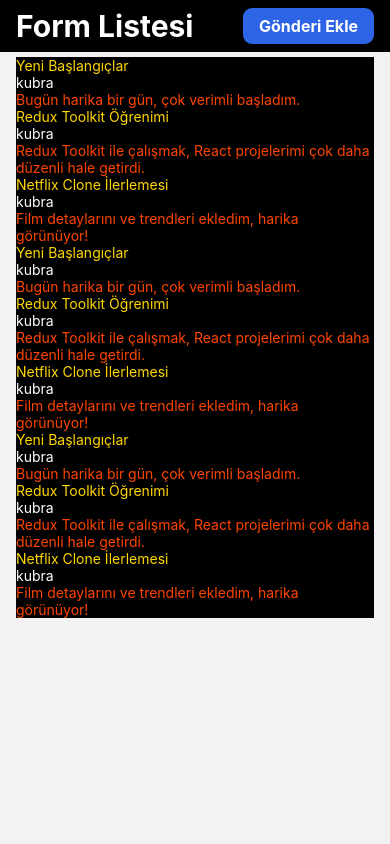
Repository: Kubraaygun/FirebaseRN
Screen: /
These files come from the project's save history. The screen is drawn as it stood at one moment and after the next save; the edit follows.
The app was drawn by React Native's web renderer in a window 390 px wide. The project was rebuilt for these pictures with package versions that can differ from the ones it lists, and the page was loaded fresh each time. Requests to the local data server were answered from the project's data file. Also part of the build but not shown: src/screens/AddPost/AddPostView.jsx, src/screens/AddPost/AddPostController.jsx.

Above is the screen before, as saved 2025-01-20 20:33:44.

After the next save:
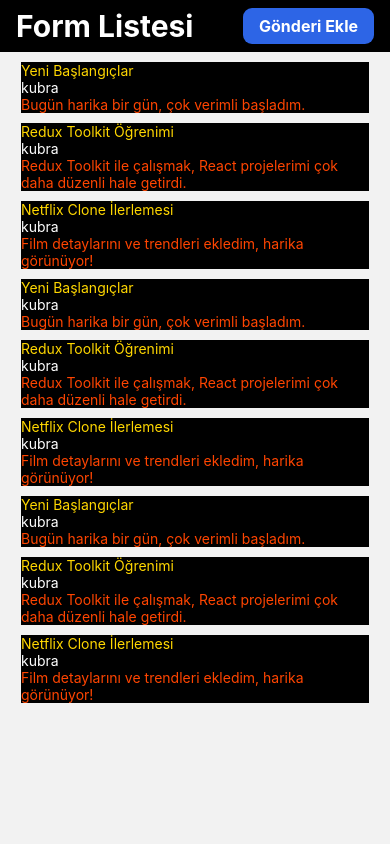
Saved 9 s later.
--- a/src/screens/ListPost/ListPostView.jsx
+++ b/src/screens/ListPost/ListPostView.jsx
@@ -30,6 +30,7 @@ const styles = StyleSheet.create({
   },
   post: {
     backgroundColor: 'black',
+    margin: 5,
   },
   title: {
     color: 'gold',
